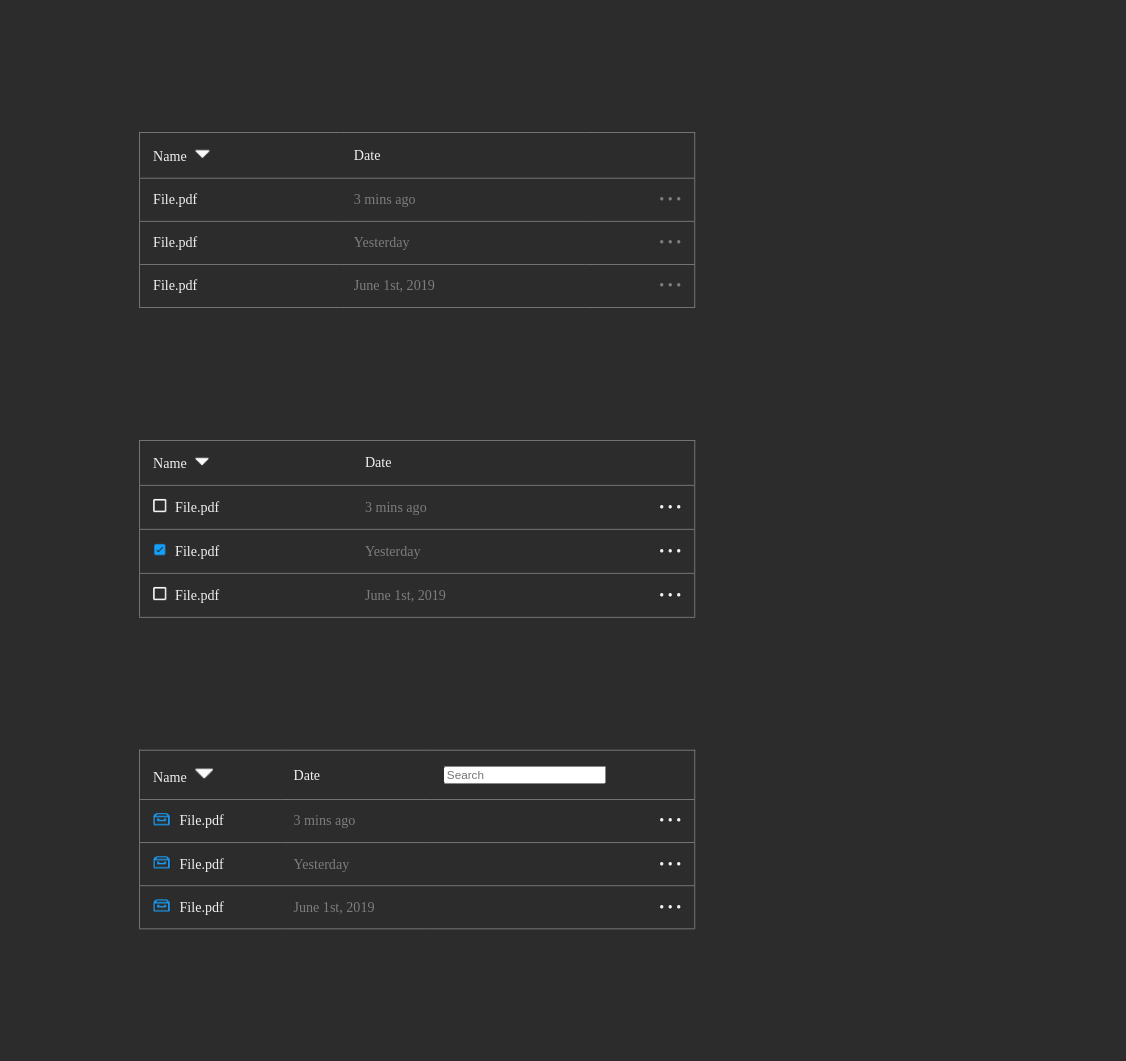
Repository: batonAnton/Hw5-table
Page: index.html
These files come from the project's save history. The page is drawn as it stood at one moment and after the next save; the edit follows.
The browser window is 1280 px wide. The pictures show the whole page, at 88% of full size.

Above is the page before, as saved 2022-06-14 11:47:22.

After the next save:
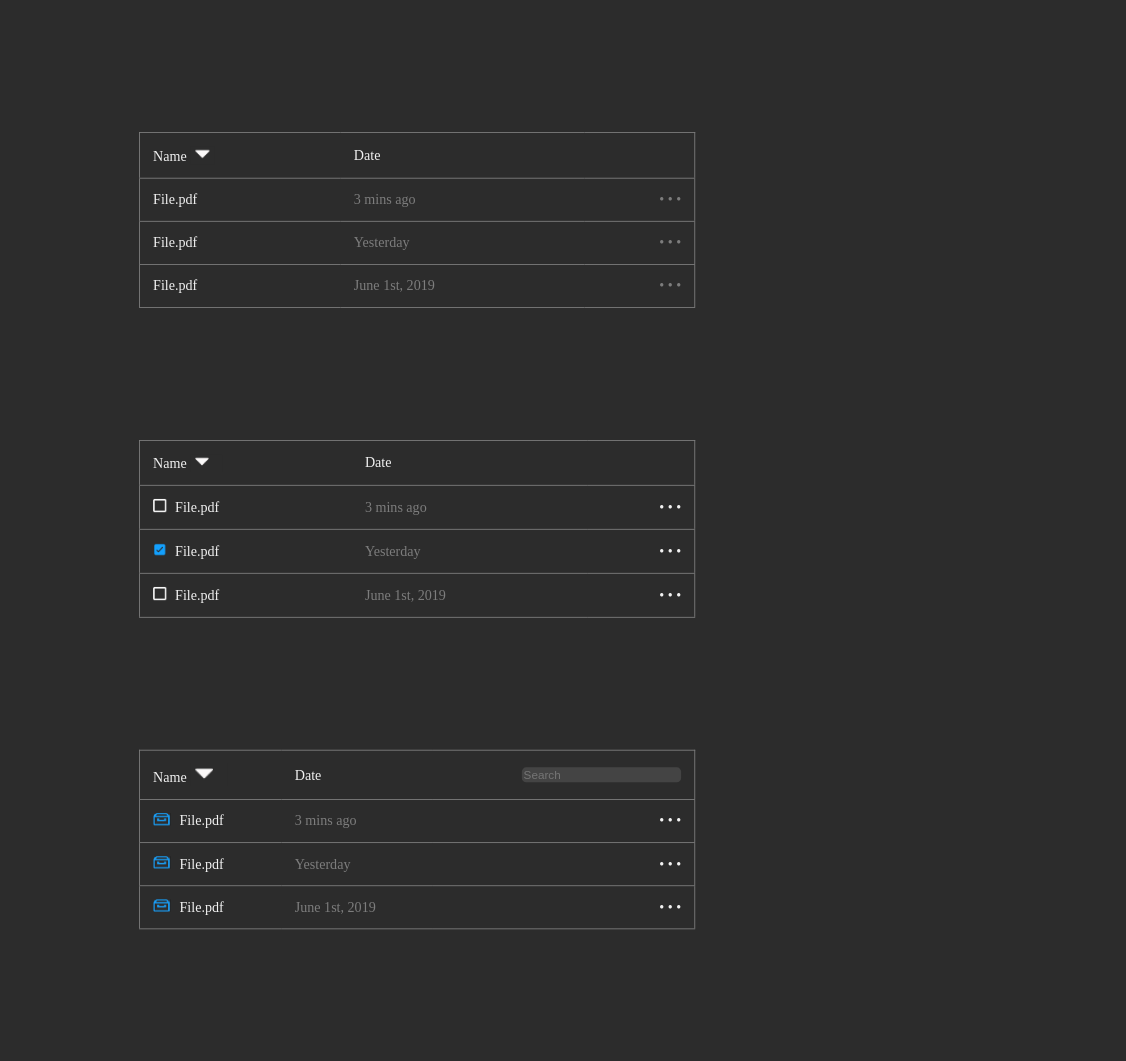
Saved 63 s later.
--- a/css/style.css
+++ b/css/style.css
@@ -48,5 +48,9 @@ button {
 }
 
 input {
-  background-color: color: rgb(125, 125, 125);
+  background-color:  #444444;
+  opacity: 1;
+  float: right;
+  border: none;
+  border-radius: 5px;
 }
